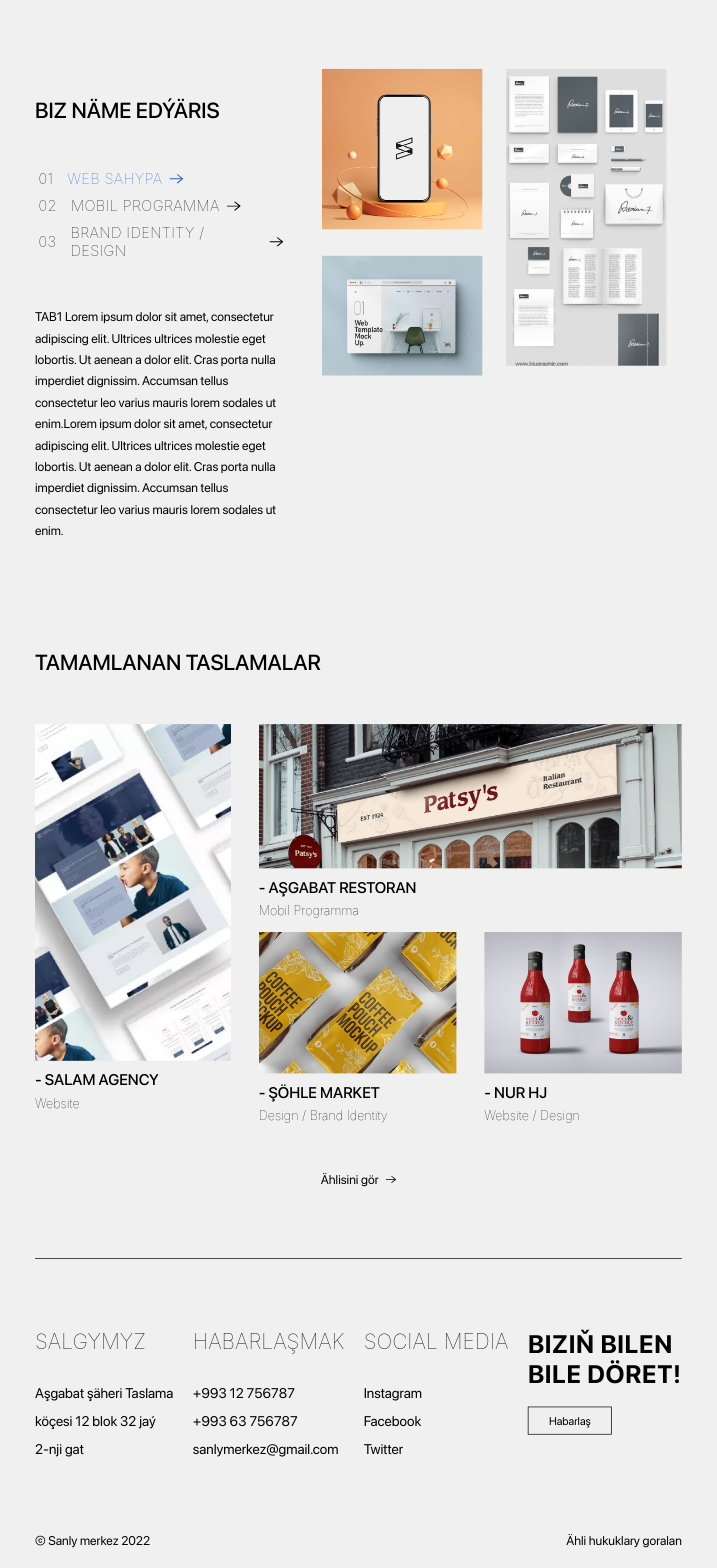
Repository: Meylis7/Sanly-Merkez-Web
Page: main.html
An editor plug-in stored every save of this project. The page is shown before and after the next save, followed by the edit.
The browser window is 1024 px wide. The pictures show the part of the page from y = 1299 to 3539 px (the page is 3539 px tall before and 3535 px after), at 70% of full size.
Some web fonts or font styles are not loaded; a fallback is used.

Above is the page before, as saved 2022-05-07 17:18:59.

After the next save:
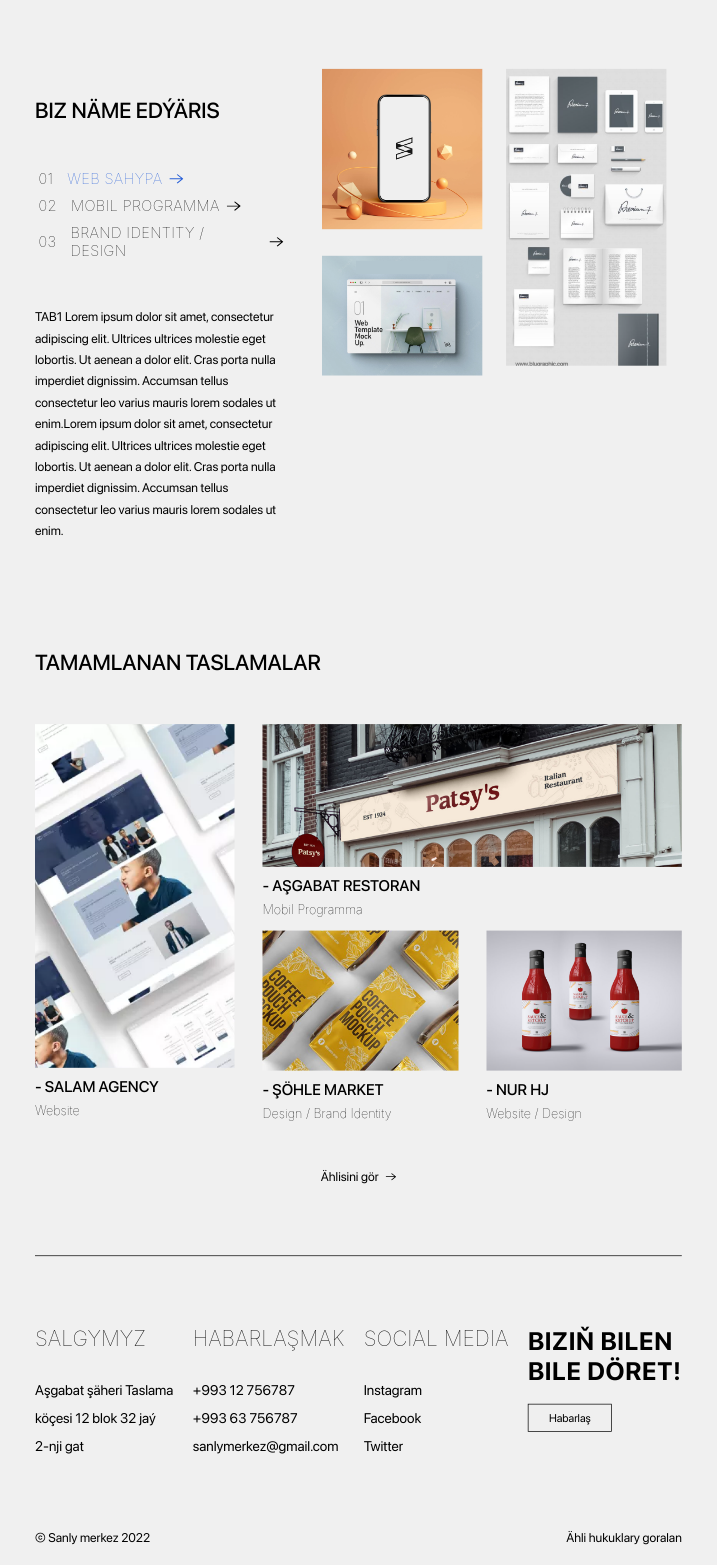
Saved 25 s later.
--- a/css/main.css
+++ b/css/main.css
@@ -667,7 +667,7 @@ header .btn{
     font-size: 31px
   }
   .fst-pro-img{
-    max-width: 520px;
-  }
-
-}
+    max-width: 535px;
+  }
+
+}
